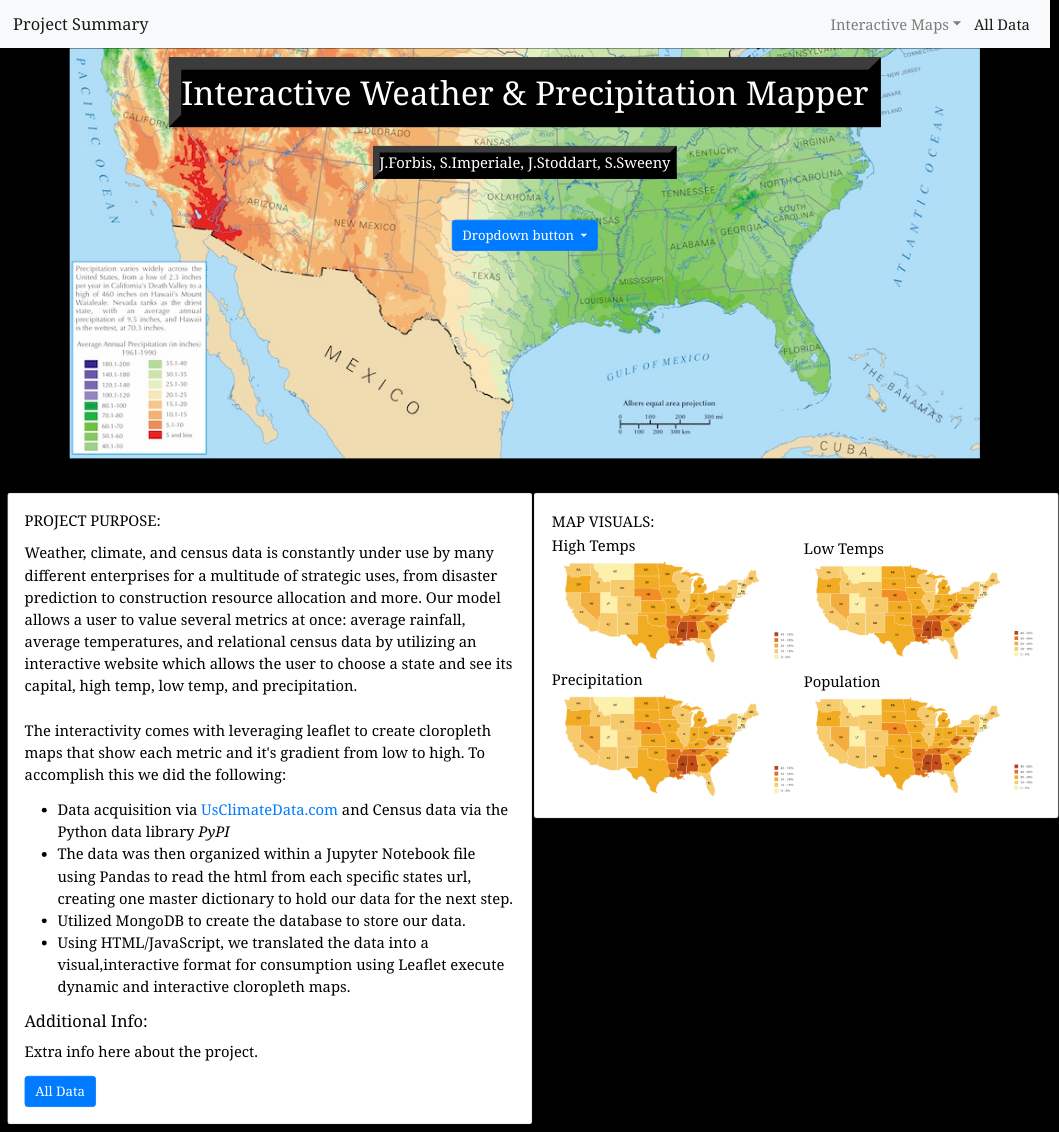
Repository: jforbis/project3-weathermap
Page: http://localhost/
The author's editor kept a copy of each file at every save. The page is drawn from the files as they stood at one save, then again after the next save.
The browser window is 1280 px wide. The page is 1292 px wide, so the pictures cover 1292 px, including what lies to the right of the window. The pictures show the whole page, at 82% of full size.
Backgrounds fixed to the window are drawn as part of the page. The page is served by the project's application, run on Flask 3 (app.py).

Above is the page before, as saved 2021-03-16 01:27:38.

After the next save:
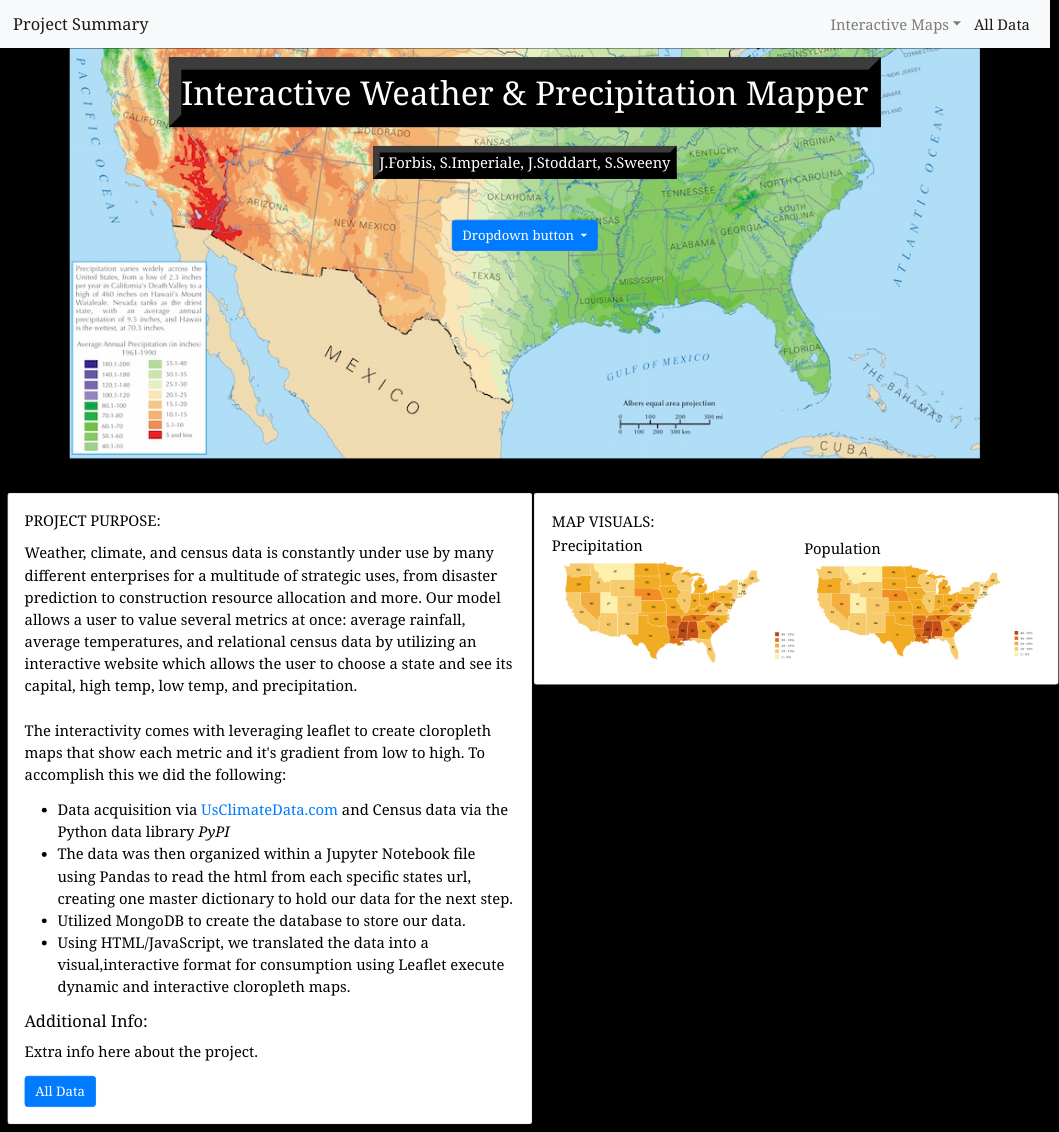
Saved 77 s later.
--- a/templates/index.html
+++ b/templates/index.html
@@ -133,26 +133,14 @@ z-index: 1071;">
                                         <!--Todo: add images of each map and specify their specific routes so they are clickable-->
                                     <td class="card-title" colspan=2>MAP VISUALS:</td>
                                     </tr>
-                                    <tr>
-                                        <td>High Temps
-                                            <a href="visualizations/maxtemp.html">
-                                                <img src="{{ url_for('static',filename='../static/images/choropleth-example.png') }}" class="card-img-top" alt="...">
-                                            </a>
-                                        </td>
-                                        <td>Low Temps
-                                            <a href="visualizations/humidity.html">
-                                                <img src="{{ url_for('static',filename='../static/images/choropleth-example.png') }}" class="card-img-top" alt="...">
-                                            </a>
-                                        </td>
-                                    </tr>
-                                    <tr>
+                                                                        <tr>
                                         <td>Precipitation
-                                            <a href="visualizations/cloudiness.html">
+                                            <a href="/maps">
                                                 <img src="{{ url_for('static',filename='../static/images/choropleth-example.png') }}" class="card-img-top" alt="...">
                                         </a>
                                         </td>
                                         <td>Population
-                                            <a href="visualizations/windspeed.html">
+                                            <a href="/state">
                                                 <img src="{{ url_for('static',filename='../static/images/choropleth-example.png') }}" class="card-img-top" alt="...">
                                             </a>
                                         </td>
